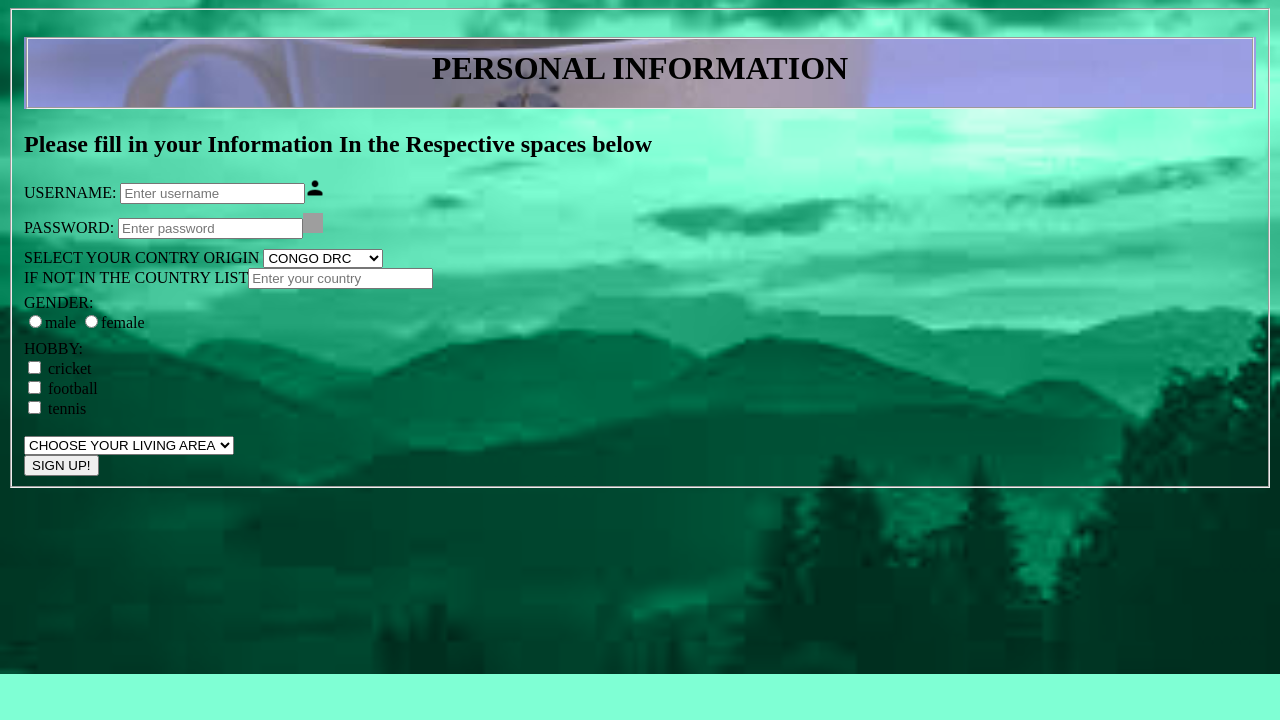
Repository: mirambialex/myform
Page: website/INDEX.HTML
The author's editor kept a copy of each file at every save. The page is drawn from the files as they stood at one save, then again after a run of saves.
The browser window is 1280 px wide. The pictures show the whole page.
Pictures or frames that could not be fetched are drawn as grey boxes.

Above is the page before, as saved 2024-04-16 11:50:54.

### website/INDEX.HTML
<!DOCTYPE html>
<html lang="en">
<head>

    <title>WEBPAGE DESIGN</title>
    <LINK REL="STYLESHEET" HREF="STYLE.CSS">
</head>
<body>
    <FIEldset>
            <DIV class="AI">
                <h1><FIEldset>PERSONAL INFORMATION </FIEldset></h1>
</DIV>
<DIV CLASS="BI"> <H2>
    Please fill in your Information In the Respective spaces below
</H2>
</DIV>
<div class="gb">
 <DIV class="MAIN">USERNAME: <INPUT TYPE="TEXT" placeholder="Enter username"><img width="20" height="20" src="user.jpg"<br/>

 </DIV>
 <DIV class="A"> PASSWORD: <INPUT TYPE="PASSWORD" placeholder="Enter password"><img width="20" height="20" src="https://img.icons8.com/ios-filled/50/lock.png" alt="lock"/> <br/></DIV>
    <DIV class="AB">

    </DIV>
    <DIV CLASS="B">
        SELECT YOUR CONTRY ORIGIN <SELect>
            <OPTIon>CONGO DRC</OPTIon>
            <OPTIon>KENYA</OPTIon>
            <OPTIon>SUDAN</OPTIon>
            <OPTIon>SOUTH SUDAN</OPTIon>
            <OPTIon>RWANDA</OPTIon>
            <OPTIon>BURUNDI</OPTIon>
            <OPTIon>UGANDA</OPTIon>
            <OPTIon>TANZANIA</OPTIon>
            <OPTIon>SOMALIA</OPTIon>

        </SELect> <br/>
    </DIV>
    <div class="wcb">
    IF NOT IN THE COUNTRY LIST<INPUt type="TEXT" placeholder="Enter your country"</INPUt>
    </div>
<div class="d">
<LAbe for="GENDER">GENDER: </LAbel><BR/>
<INPUT type="radio" ID="GENDER" name="GENDER" VALUE="male"/>male
<INPUT type="radio" ID="GENDER" name="GENDER" VALUE="female"/>female <br/>
</div>
<div class="e">
HOBBY:<br>
<input type="checkbox" id="cricket" name="cricket" value="cricket"/>
<label for="cricket">cricket</label> <br>
<input type="checkbox" id="football" name="football" value="football"/>
<label for="football">football</label> <br>
<input type="checkbox" id="tennis" name="tennis" value="tennis"/>
<label for="tennis">tennis</label> <br>
<br/> </div>
<div class="address">
    <select name="address">
        <option value="one">CHOOSE YOUR LIVING AREA</option>
        <option>kakuma town</option>
        <option>kakuma 1</option>
        <option>kakuma 2</option>
        <option>kakuma 3</option>
        <option>kakuma 4</option>
        <option>kalobeyeyi</option>
    </select>
</div>
<DIV class="C"><BUTTon>SIGN UP!</BUTTon></DIV>
</FIEldset>
</div>
</div>
 </body>
</html>

### website/STYLE.CSS
BODY{
    background-image: url(IMAGE.JPG);
    background-color: aquamarine;
    background-position: center;
    background-size: cover;
    background-repeat: no-repeat;
    background-blend-mode: luminosity;
}
H1{
    text-align: center;
}
.O{
    background-color: aliceblue;
    background-image: url(ALEX.PNG.JPG);
}
.MAIN{
    margin-bottom: 0.8%;
    background-color:
}
.A{
    margin-bottom: 0.8%;
}
.c{
    margin-bottom: 1.5%;
    color: blueviolet;
    text-decoration: aqua;
}
.d{
    margin-top: 0.4%;

}
.e{
    margin-top: 0.6%;
}
.AI{
    background-image: url(ALEX.JPG);
    background-repeat: no-repeat;
    background-position: center;
    background-size: cover;
}
.gb{
    display: block;

}
: :-ms-input-placeholder{
    color:red;
}
.address{

}

After the next 2 saves:
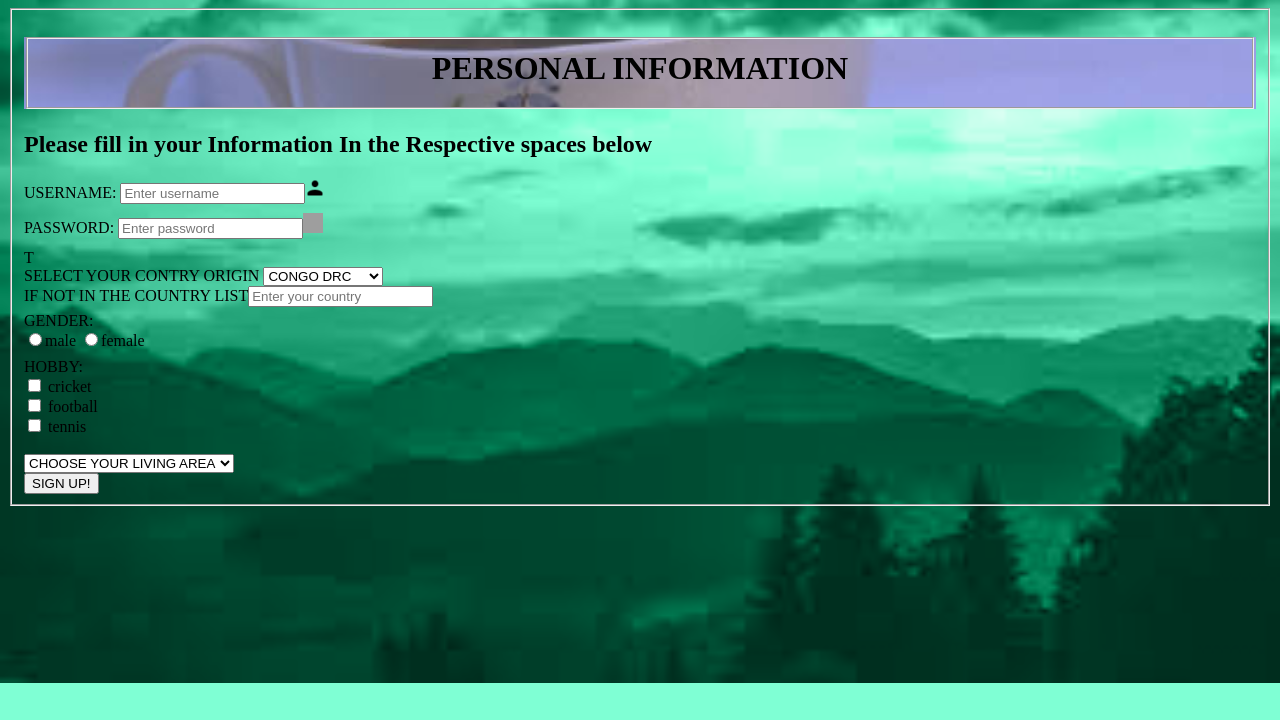
The 2 saves are shown as one change because they came seconds apart.
The last was saved 45 s later.
--- a/website/INDEX.HTML
+++ b/website/INDEX.HTML
@@ -20,7 +20,7 @@
  </DIV>
  <DIV class="A"> PASSWORD: <INPUT TYPE="PASSWORD" placeholder="Enter password"><img width="20" height="20" src="https://img.icons8.com/ios-filled/50/lock.png" alt="lock"/> <br/></DIV>
     <DIV class="AB">
-
+        T
     </DIV>
     <DIV CLASS="B">
         SELECT YOUR CONTRY ORIGIN <SELect>
